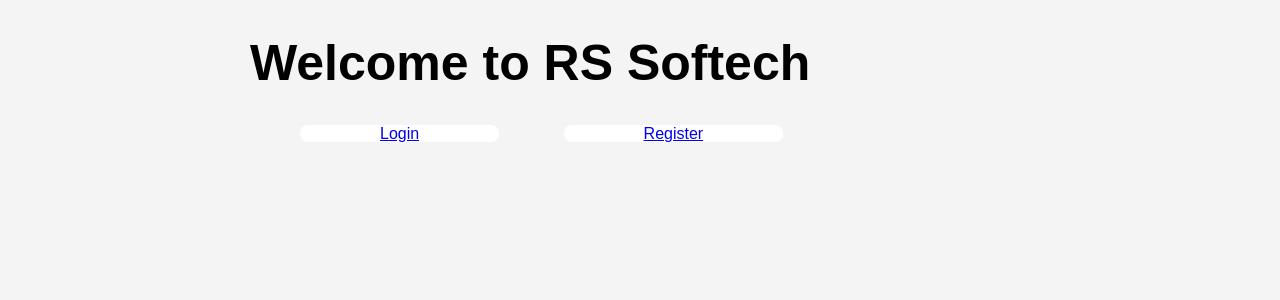
Repository: snehal-shinde151/my_repo
Page: classpro/src/main/webapp/submit.html
These files come from the project's save history. The page is drawn as it stood at one moment and after the next save; the edit follows.
The browser window is 1280 px wide. The pictures show the whole page.

Above is the page before, as saved 2025-03-04 10:59:28.

### classpro/src/main/webapp/submit.html
<!DOCTYPE html>
<html>
<head>
<meta charset="UTF-8">
<title>Welcome Page</title>
</head>
<body>

<style>
 body{
   font-family:arial;
   background-color:#f4f4f4;
   margin-left:250px;
   padding:0px;
 }
 .btn{
 width:10px;
 height:40px;
 margin:10px;
 margin-left:50px;
 padding-left:80px;
 padding-right:80px;
 background-color:white;
 border-radius:8px;
 }
 h1{
  font-size:50px;
 }

</style>
  <h1> Welcome to RS Softech</h1>
  <label for="student"></label>
  <a class="btn"  value="Login" href="login.html">Login</a>
    <a class="btn" value="Register" href="Registration.html">Register</a>

</body>
</html>

After the next save:
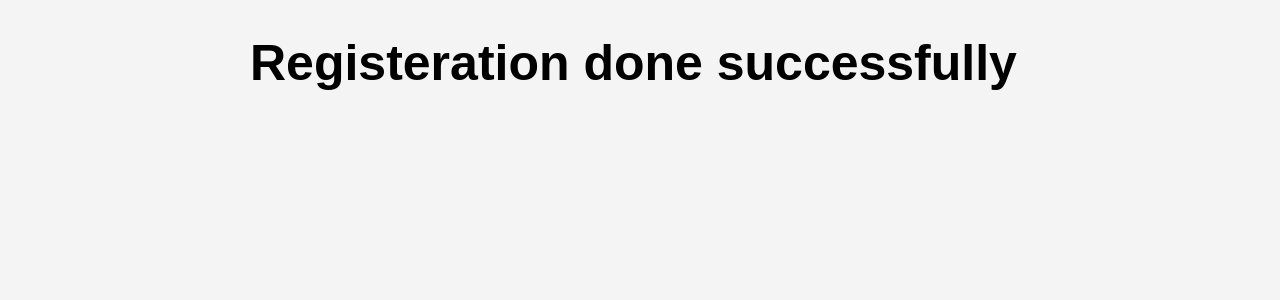
Saved 24 s later.
--- a/classpro/src/main/webapp/submit.html
+++ b/classpro/src/main/webapp/submit.html
@@ -28,10 +28,7 @@
  }
 
 </style>
-  <h1> Welcome to RS Softech</h1>
-  <label for="student"></label>
-  <a class="btn"  value="Login" href="login.html">Login</a>
-    <a class="btn" value="Register" href="Registration.html">Register</a>
+  <h1> Registeration done successfully</h1>
 
 </body>
 </html>
